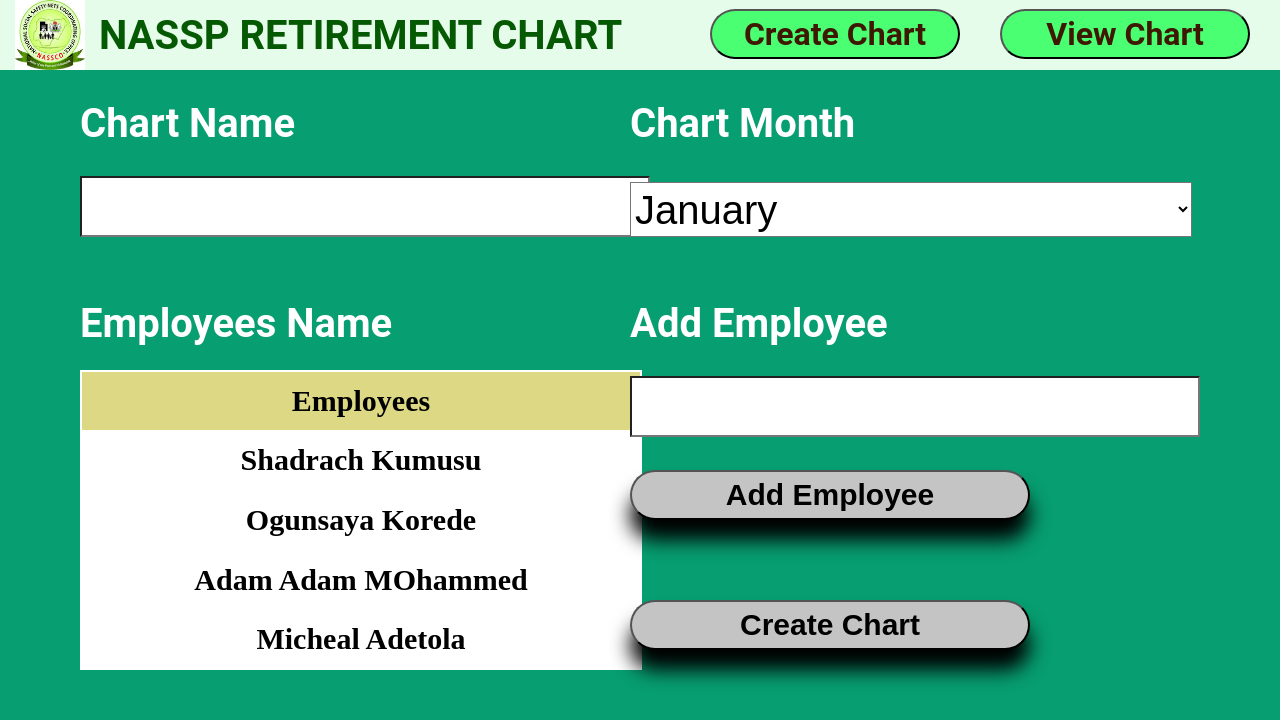
Repository: sheddy1/nasspchart
Page: http://localhost/
These files come from the project's save history. The page is drawn as it stood at one moment and after the next save; the edit follows.
The browser window is 1280 px wide. The pictures show the whole page.
The page is run by PHP 8.4 with error messages shown; the project is at /var/www/html/. The database holds what the project's SQL file puts in it.

Above is the page before, as saved 2022-04-05 17:55:49.
Console error: SyntaxError: Unexpected token '}'

### index.php
<!DOCTYPE html>
<html lang="en">
<head>
    <meta charset="UTF-8">
    <meta http-equiv="X-UA-Compatible" content="IE=edge">
    <meta name="viewport" content="width=device-width, initial-scale=1.0">
    <title>NASSP CHART</title>
    <script src=""https://ajax.googleapis.com/ajax/libs/jquery/3.2.0/jquery.min.js></script>
    <link rel="stylesheet" href="index.css">

    <script>
       $(document).ready(function(){
           $('#add-employee-button').click(function(){
                var
           });
       });

    //    $(".add-employee-button").click(fucnction(){
    //        commentCount = commentCount + 2;
    //        $(".employee-div1").load("index.php",{
    //             commentNewCount: commentCount
    //        });
    //    });
    </script>
</head>

<body>
    <div id="header">
        <img src="images/images.jpg" class="logo-image">

        <label class="logo-text">NASSP RETIREMENT CHART</label>

        <form action="" method="POST">
            <button class="view-chart" name="view-chart">
                View Chart
            </button>

            <button class="create-chart" name="create-chart">
                Create Chart
            </button>
        </form>
    </div>

    <input type="text">

    <?php
        $page = 1;
        if(isset($_POST['view-chart']))
        {
            // echo"<script>alert('you can view chart')</script>";
            $page = 2;

        }

        if(isset($_POST['create-chart']))
        {
            //  echo"<script>alert('you can create chart')</script>";

            $page = 1;
        }

        if($page==0)
        {

        }
        else if($page == 1)
        {
            $user = "root";
            $pass = "";
            $db ="nassp";
            $db = new mysqli('localhost',$user,$pass,$db)
            or die("could not connect");

            $con1="SELECT * FROM employee ";

            $con1a = mysqli_query($db,$con1);

            $con1b  = mysqli_num_rows($con1a);

          $no1= $con1b;

            echo "
                <form method='POST' action=''>
                    <div id='chart-name'>
                        <label class='chartname1'>
                        Chart Name
                        </label>

                        <input type='text' class='chart-name-text' name='chart-name-text'>
                    </div>

                    <div id='chart-month'>
                        <label class='chartname1'>
                        Chart Month
                        </label>

                        <select name='chart-month-select'
                         class='chart-name-text'>
                            <option value='1'>January</option>
                            <option value='2'>Febuary</option>
                            <option value='3'>March</option>
                            <option value='4'>April</option>
                            <option value='5'>May</option>
                            <option value='6'>June</option>
                            <option value='7'>July</option>
                            <option value='8'>August</option>
                            <option value='9'>September</option>
                            <option value='10'>October</option>
                            <option value='11'>November</option>
                            <option value='12'>December</option>
                        </select>
                    </div>

                    <div id='employees'>
             <label class='chartname1'>
             Employees Name
             </label>

             <div class='employee-div1'>

             <table class='employees-table'>

             <tr class='employees-table-row'>
                 <th>Employees</th>
                 </tr>

             ";
             for($x = 0; $x<$no1; $x++)
             {
                 $row = mysqli_fetch_array($con1a);

                 echo"<tr class='employees-table-row1'><th>".$row['employee']."</th></tr  >";
             }
             echo"

             </table>
             </div>

         </div>

                    <input type ='submit' value='Create Chart' name='btn-chart' class='btn-chart'>

                    </form>";





            echo"
            <form method='POST' action=''>
            <div id='add-employee'>
                    <label class='chartname1'>
                    Add Employee
                    </label>

                    <input type='text'
                     class='chart-name-text' name='employee-name-text'>

                     <button type='submit' id ='add-employee-button'
                     name='add-employee-button'>
                        Add Employee
                     </button>


                </div>
                </form>
            ";



        }

        else if($page == 2)
        {

        }

        if(isset($_POST['add-employee-button']))
        {
            $employee = $_POST['employee-name-text'];

            // echo"<script>alert('the stuff is');</script>";

            $user = "root";
            $pass = "";
            $db ="nassp";
            $db = new mysqli('localhost',$user,$pass,$db)
            or die("could not connect");

            $open = "open";

            $insert_employee = "INSERT INTO employee (employee) VALUES ('$employee')";

            mysqli_query($db,$insert_employee);

            mysqli_close();

        }

        if(isset($_POST['btn-chart']))
        {

            echo"<script>alert('posted');</script>";

            $name = $_POST['chart-name-text'];

            $month = $_POST['chart-month-select'];

            $user = "root";
            $pass = "";
            $db ="nassp";
            $db = new mysqli('localhost',$user,$pass,$db)
            or die("could not connect");

            $con1="SELECT * FROM employee";

            $con1a = mysqli_query($db,$con1);

            $con1b  = mysqli_num_rows($con1a);

            $no1= $con1b;

            $open = "open";

            $closed = "closed";

            $row = mysqli_fetch_array($con1a);

            $employee = $row['employee'];

            $idnum = rand(10000,99999);


            for($x = 0; $x<$no1; $x++)
                 {
                    $row = mysqli_fetch_array($con1a);

                    $employee = $row['employee'];

                    // echo"<tr class='employees-table-row1'><th>".$row['employee']."</th></tr  >";

                    $insert_chart = "INSERT INTO employees (employee,table1,month1,id,`1`,`2`,`3`,`4`,`5`,`6`,`7`,`8`,`9`,`10`,`11`,`12`,`13`,`14`,`15`,`16`,`17`,`18`,`19`,`20`,`21`,`22`,`23`,`24`,`25`,`26`,`27`,`28`,`29`,`30`,`31`) VALUES
                    ('$employee','$name','$month','$idnum','$open','$open','$open','$open','$open','$open','$open','$open','$open','$open','$open','$open','$open','$open','$open','$open','$open','$open','$open','$open','$open','$open','$open','$open','$open','$open','$open','$open','$open','$open','$open')";

                    mysqli_query($db,$insert_chart);
                }

                header("Refresh:2");
        }

        // if(isset($_POST['chart-name-text']))
        // {
        //     echo"<script>alert('the stuff is');</script>";
        // }
    ?>
</body>
</html>

### index.css
body{
    background-color: #079E71;
}

#header{
 height: 70px;
width: 100%;
position: absolute;
left: 0px;
top: 0px;
border-radius: 0px;
background: #E5FCEA;
}

.logo-image{
    position: absolute;
width: 70px;
height: 70px;
left: 15px;
top: 0px;
}

.logo-text{
    position: absolute;
width: 700px;
height: 47px;
left: 99px;
top: 12px;

font-family: 'Roboto';
font-style: normal;
font-weight: 700;
font-size: 40px;
line-height: 47px;
/* identical to box height */


color: #055903;
}

.view-chart{
    position: absolute;
width: 250px;
height: 50px;
right: 30px;
top: 9px;

background: #4BFF73;
border-radius: 50px;

font-family: 'Roboto';
font-style: normal;
font-weight: 700;
font-size: 32px;
line-height: 38px;
/* identical to box height */


color: #3F1802;
}

.create-chart{
    position: absolute;
width: 250px;
height: 50px;
right: 320px;
top: 9px;

background: #4BFF73;
border-radius: 50px;

font-family: 'Roboto';
font-style: normal;
font-weight: 700;
font-size: 32px;
line-height: 38px;
/* identical to box height */


color: #3F1802;
}

#chart-name{
    position: absolute;
width: 570px;
height: 137px;
left: 80px;
top: 100px;
/* background-color: red; */
}

.chartname1{
    position: absolute;
left: 0px;
top: 0px;

font-family: 'Roboto';
font-style: normal;
font-weight: 700;
font-size: 40px;
line-height: 47px;
/* identical to box height */


color: #FFFFFF;
}

.chart-name-text{
    position: absolute;
width: 562px;
height: 55px;
left: 0px;
bottom: 0px;
font-size:40px;
background: #ffffff;
}

#chart-month{
    position: absolute;
width: 570px;
height: 137px;
right: 80px;
top: 100px;
/* background-color: red; */
}

#employees{
    position: absolute;
width: 570px;
height: 137px;
left: 80px;
top: 300px;
/* background-color: red; */
}

.employee-div1{
    position: absolute;
width: 562px;
height: 300px;
left: 0px;
top: 70px;
overflow: auto;
font-size: 30px;
background: #ffffff;
text-align: center;
}

.employees-table{
    text-align: center;
    width: 100%;
    height: 100%;
}

.employees-table-row{
    text-align: center;
width: 100%;
height: 50px;
background: #DCD884;
}

.employees-table-row1{
    text-align: center;
width: 100%;
height: 50px;

}

#add-employee{
    position: absolute;
width: 570px;
height: 137px;
right: 80px;
top: 300px;
/* background-color: red; */
}

#add-employee-button{
    position: absolute;
width: 400px;
height: 50px;
left: 0px;
top: 170px;
font-weight: bold;
font-size: 30px;
background: #C4C4C4;
border-radius: 50px;
box-shadow: 0px 20px 20px 0px;
}


.btn-chart{
    position: absolute;
    width: 400px;
    height: 50px;
    right: 250px;
    top: 600px;
    font-weight: bold;
    font-size: 30px;
    background: #C4C4C4;
    border-radius: 50px;
    box-shadow: 0px 20px 20px 0px;
}

### nassp.sql (the tables this page reads)
CREATE TABLE `employee` (
  `employee` varchar(50) NOT NULL
) ENGINE=InnoDB DEFAULT CHARSET=latin1;

INSERT INTO `employee` (`employee`) VALUES
('Shadrach Kumusu'),
('Ogunsaya Korede'),
('Adam Adam MOhammed'),
('Micheal Adetola');

After the next save:
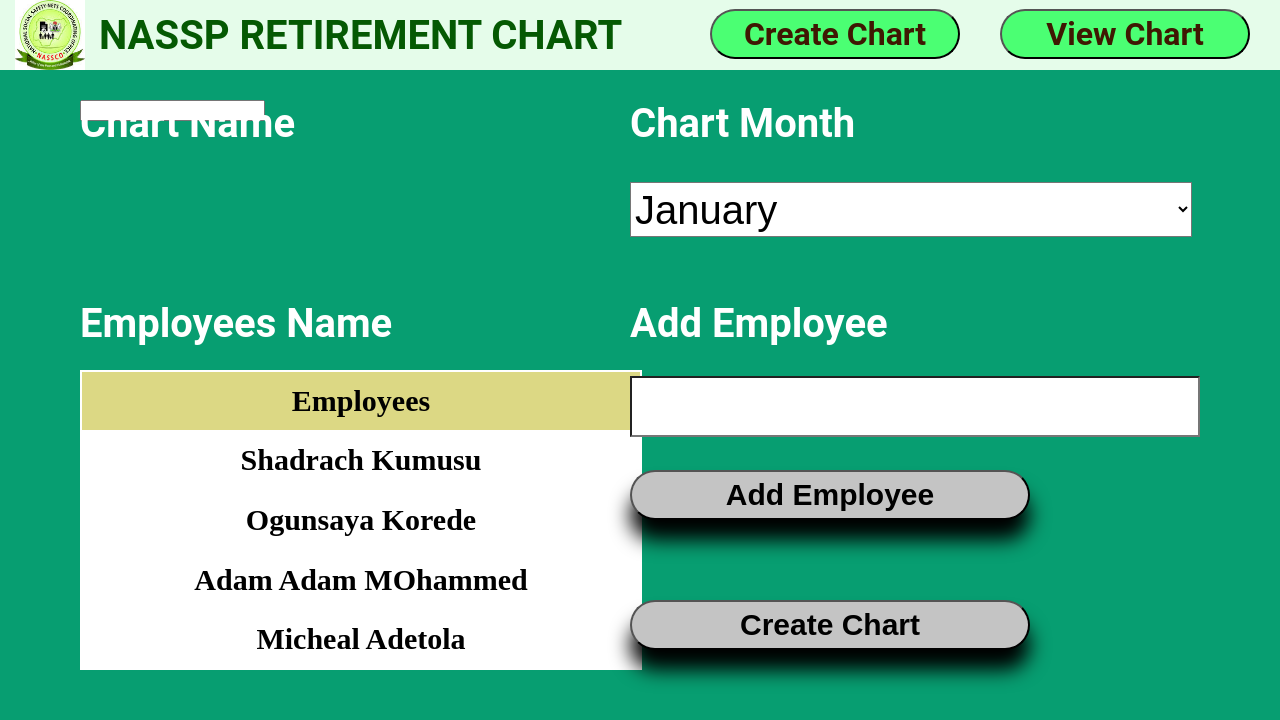
Console error: ReferenceError: $ is not defined
Saved 7 min 14 s later.
--- a/index.php
+++ b/index.php
@@ -11,7 +11,11 @@
     <script>
        $(document).ready(function(){
            $('#add-employee-button').click(function(){
-                var
+                var employee = $('#employees').val();
+                if($.trim(employee) != '')
+                {
+                    alert(employee);
+                }
            });
        });
 
@@ -86,7 +90,7 @@
                         Chart Name
                         </label>
 
-                        <input type='text' class='chart-name-text' name='chart-name-text'>
+                        <input type='text' id='chart-name-text' name='chart-name-text'>
                     </div>
 
                     <div id='chart-month'>
@@ -138,9 +142,9 @@
 
          </div>
 
-                    <input type ='submit' value='Create Chart' name='btn-chart' class='btn-chart'>
-
-                    </form>";
+            <input type ='submit' value='Create Chart' name='btn-chart' class='btn-chart'>
+
+            </form>";
 
 
 
